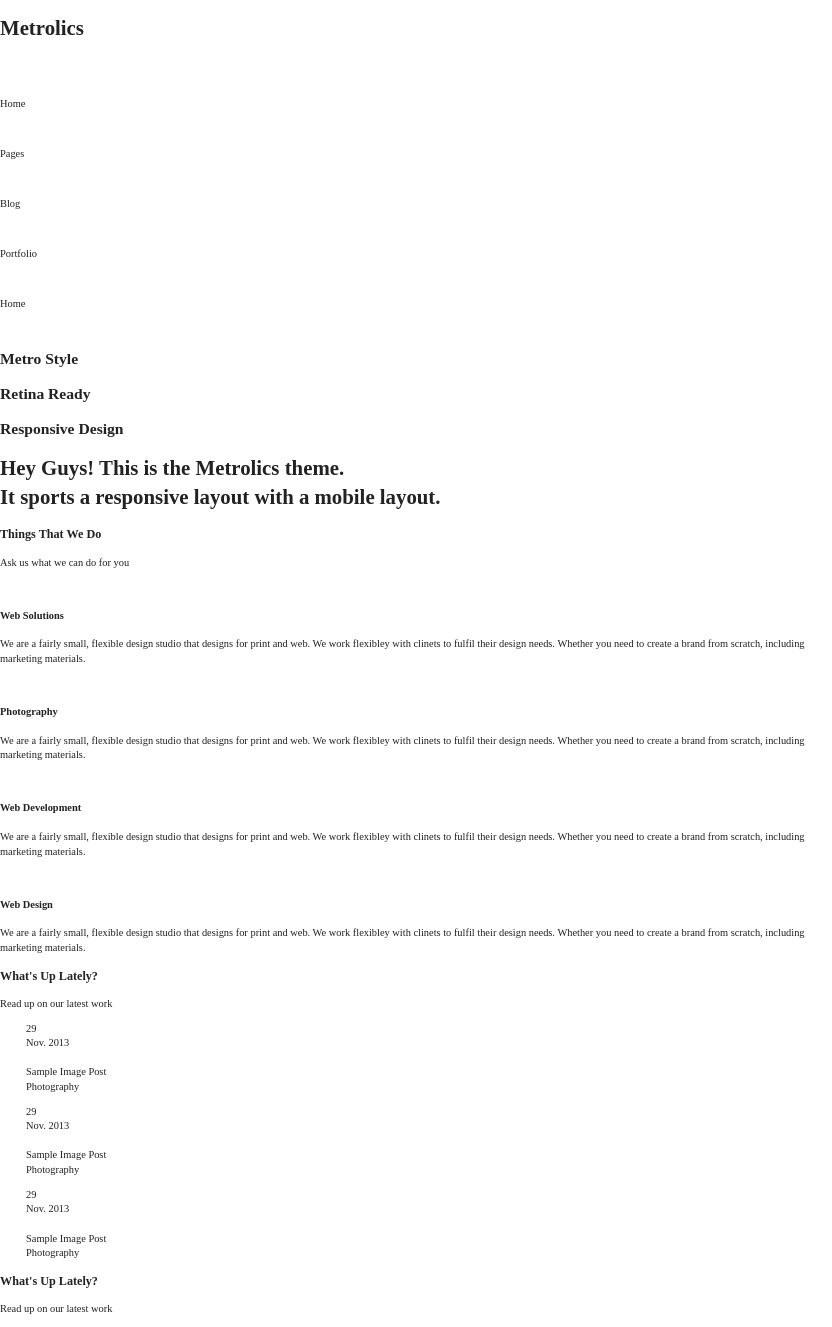
Repository: claudiashin/metrolics
Page: index.html
These files come from the project's save history. The page is drawn as it stood at one moment and after the next save; the edit follows.
The browser window is 1280 px wide. The pictures show the whole page, at 65% of full size.

Above is the page before, as saved 2021-01-27 15:56:00.

### index.html
<!doctype html>
<html class="no-js" lang="EN">

<head>
  <meta charset="utf-8">
  <title>MDIA 2003 Lab 3</title>
  <meta name="description" content="">
  <meta name="viewport" content="width=device-width, initial-scale=1">

  <link rel="manifest" href="site.webmanifest">
  <link rel="apple-touch-icon" href="icon.png">
  <!-- Place favicon.ico in the root directory -->

  <link rel="stylesheet" href="css/normalize.css">
  <link rel="stylesheet" href="css/main.css">
</head>

<body>
  <header class="page_header">
    <div class="logo">
      <div><h1>Metrolics</h1></div>
      <div class="logoimg"><img src=""></div>
    </div>
  </header>

  <nav class="page_nav">
    <div class="nav_container">
      <div class="nav_icon">
        <div><img src=""></div>
        <p>Home</p>
      </div>
      <div class="nav_icon">
        <div><img src=""></div>
        <p>Pages</p>
      </div><div class="nav_icon">
        <div><img src=""></div>
        <p>Blog</p>
      </div><div class="nav_icon">
        <div><img src=""></div>
        <p>Portfolio</p>
      </div><div class="nav_icon">
        <div><img src=""></div>
        <p>Home</p>
      </div>
    </div>
  </nav>

  <section class="main_container">
    <div class="heroimg">
      <img src="">
    </div>
    <div class="">
      <h2>Metro Style</h2>
      <h2>Retina Ready</h2>
      <h2>Responsive Design</h2>
    </div>
  </section>

  <section class="main_container">
    <div>
      <h1>Hey Guys! This is the <span class="textcol">Metrolics</span> theme.<br>It sports a responsive layout with a mobile layout.</h1>
    </div>
  </section>

  <section class="main_container">
    <div class="container">
      <h3>Things That We Do</h3>
      <p>Ask us what we can do for you</p>
    </div>
    <div class="container">
      <div class="container_feature">
        <div class="feature_img">
          <img src="">
        </div>
        <div><h4>Web Solutions</h4></div>
        <div><p>We are a fairly small, flexible design studio that designs for print
          and web. We work flexibley with clinets to fulfil their design needs. Whether
          you need to create a brand from scratch, including marketing materials.
        </p></div>
      </div>
    </div>
    <div class="container">
      <div class="container_feature">
        <div class="feature_img">
          <img src="">
        </div>
        <div><h4>Photography</h4></div>
        <div><p>We are a fairly small, flexible design studio that designs for print
          and web. We work flexibley with clinets to fulfil their design needs. Whether
          you need to create a brand from scratch, including marketing materials.
        </p></div>
      </div>
    </div><div class="container">
      <div class="container_feature">
        <div class="feature_img">
          <img src="">
        </div>
        <div><h4>Web Development</h4></div>
        <div><p>We are a fairly small, flexible design studio that designs for print
          and web. We work flexibley with clinets to fulfil their design needs. Whether
          you need to create a brand from scratch, including marketing materials.
        </p></div>
      </div>
    </div><div class="container">
      <div class="container_feature">
        <div class="feature_img">
          <img src="">
        </div>
        <div><h4>Web Design</h4></div>
        <div><p>We are a fairly small, flexible design studio that designs for print
          and web. We work flexibley with clinets to fulfil their design needs. Whether
          you need to create a brand from scratch, including marketing materials.
        </p></div>
      </div>
    </div>
  </section>

  <section class="main_container">
    <div class="container">
      <h3>What's Up Lately?</h3>
      <p>Read up on our latest work</p>
    </div>
    <div class="container">
      <figure>
        <figcaption>29 <br> Nov. 2013</figcaption>
        <img src="" value="">
        <figcaption>Sample Image Post <br> Photography</figcaption>
      </figure>
    </div>
    <div class="container">
      <figure>
        <figcaption>29 <br> Nov. 2013</figcaption>
        <img src="" value="">
        <figcaption>Sample Image Post <br> Photography</figcaption>
      </figure>
    </div>
    <div class="container">
      <figure>
        <figcaption>29 <br> Nov. 2013</figcaption>
        <img src="" value="">
        <figcaption>Sample Image Post <br> Photography</figcaption>
      </figure>
    </div>
  </section>

  <section class="main_container">
    <div class="container">
      <h3>What's Up Lately?</h3>
      <p>Read up on our latest work</p>
    </div>

  </section>

  <article class="main_container">

  </article>

  <footer>

  </footer>
</body>

</html>

### css/main.css
/*! HTML5 Boilerplate v8.0.0 | MIT License | https://html5boilerplate.com/ */

/* main.css 2.1.0 | MIT License | https://github.com/h5bp/main.css#readme */
/*
 * What follows is the result of much research on cross-browser styling.
 * Credit left inline and big thanks to Nicolas Gallagher, Jonathan Neal,
 * Kroc Camen, and the H5BP dev community and team.
 */

/* ==========================================================================
   Base styles: opinionated defaults
   ========================================================================== */

html {
  color: #222;
  font-size: 1em;
  line-height: 1.4;
}

/*
 * Remove text-shadow in selection highlight:
 * https://twitter.com/miketaylr/status/12228805301
 *
 * Vendor-prefixed and regular ::selection selectors cannot be combined:
 * https://stackoverflow.com/a/16982510/7133471
 *
 * Customize the background color to match your design.
 */

::-moz-selection {
  background: #b3d4fc;
  text-shadow: none;
}

::selection {
  background: #b3d4fc;
  text-shadow: none;
}

/*
 * A better looking default horizontal rule
 */

hr {
  display: block;
  height: 1px;
  border: 0;
  border-top: 1px solid #ccc;
  margin: 1em 0;
  padding: 0;
}

/*
 * Remove the gap between audio, canvas, iframes,
 * images, videos and the bottom of their containers:
 * https://github.com/h5bp/html5-boilerplate/issues/440
 */

audio,
canvas,
iframe,
img,
svg,
video {
  vertical-align: middle;
}

/*
 * Remove default fieldset styles.
 */

fieldset {
  border: 0;
  margin: 0;
  padding: 0;
}

/*
 * Allow only vertical resizing of textareas.
 */

textarea {
  resize: vertical;
}

/* ==========================================================================
   Author's custom styles
   ========================================================================== */

/* ==========================================================================
   Helper classes
   ========================================================================== */

/*
 * Hide visually and from screen readers
 */

.hidden,
[hidden] {
  display: none !important;
}

/*
 * Hide only visually, but have it available for screen readers:
 * https://snook.ca/archives/html_and_css/hiding-content-for-accessibility
 *
 * 1. For long content, line feeds are not interpreted as spaces and small width
 *    causes content to wrap 1 word per line:
 *    https://medium.com/@jessebeach/beware-smushed-off-screen-accessible-text-5952a4c2cbfe
 */

.sr-only {
  border: 0;
  clip: rect(0, 0, 0, 0);
  height: 1px;
  margin: -1px;
  overflow: hidden;
  padding: 0;
  position: absolute;
  white-space: nowrap;
  width: 1px;
  /* 1 */
}

/*
 * Extends the .sr-only class to allow the element
 * to be focusable when navigated to via the keyboard:
 * https://www.drupal.org/node/897638
 */

.sr-only.focusable:active,
.sr-only.focusable:focus {
  clip: auto;
  height: auto;
  margin: 0;
  overflow: visible;
  position: static;
  white-space: inherit;
  width: auto;
}

/*
 * Hide visually and from screen readers, but maintain layout
 */

.invisible {
  visibility: hidden;
}

/*
 * Clearfix: contain floats
 *
 * For modern browsers
 * 1. The space content is one way to avoid an Opera bug when the
 *    `contenteditable` attribute is included anywhere else in the document.
 *    Otherwise it causes space to appear at the top and bottom of elements
 *    that receive the `clearfix` class.
 * 2. The use of `table` rather than `block` is only necessary if using
 *    `:before` to contain the top-margins of child elements.
 */

.clearfix::before,
.clearfix::after {
  content: " ";
  display: table;
}

.clearfix::after {
  clear: both;
}

/* ==========================================================================
   EXAMPLE Media Queries for Responsive Design.
   These examples override the primary ('mobile first') styles.
   Modify as content requires.
   ========================================================================== */

@media only screen and (min-width: 35em) {
  /* Style adjustments for viewports that meet the condition */
}

@media print,
  (-webkit-min-device-pixel-ratio: 1.25),
  (min-resolution: 1.25dppx),
  (min-resolution: 120dpi) {
  /* Style adjustments for high resolution devices */
}

/* ==========================================================================
   Print styles.
   Inlined to avoid the additional HTTP request:
   https://www.phpied.com/delay-loading-your-print-css/
   ========================================================================== */

@media print {
  *,
  *::before,
  *::after {
    background: #fff !important;
    color: #000 !important;
    /* Black prints faster */
    box-shadow: none !important;
    text-shadow: none !important;
  }

  a,
  a:visited {
    text-decoration: underline;
  }

  a[href]::after {
    content: " (" attr(href) ")";
  }

  abbr[title]::after {
    content: " (" attr(title) ")";
  }

  /*
   * Don't show links that are fragment identifiers,
   * or use the `javascript:` pseudo protocol
   */
  a[href^="#"]::after,
  a[href^="javascript:"]::after {
    content: "";
  }

  pre {
    white-space: pre-wrap !important;
  }

  pre,
  blockquote {
    border: 1px solid #999;
    page-break-inside: avoid;
  }

  /*
   * Printing Tables:
   * https://web.archive.org/web/20180815150934/http://css-discuss.incutio.com/wiki/Printing_Tables
   */
  thead {
    display: table-header-group;
  }

  tr,
  img {
    page-break-inside: avoid;
  }

  p,
  h2,
  h3 {
    orphans: 3;
    widows: 3;
  }

  h2,
  h3 {
    page-break-after: avoid;
  }
}

Loaded but not shown: css/normalize.css (library)

After the next save:
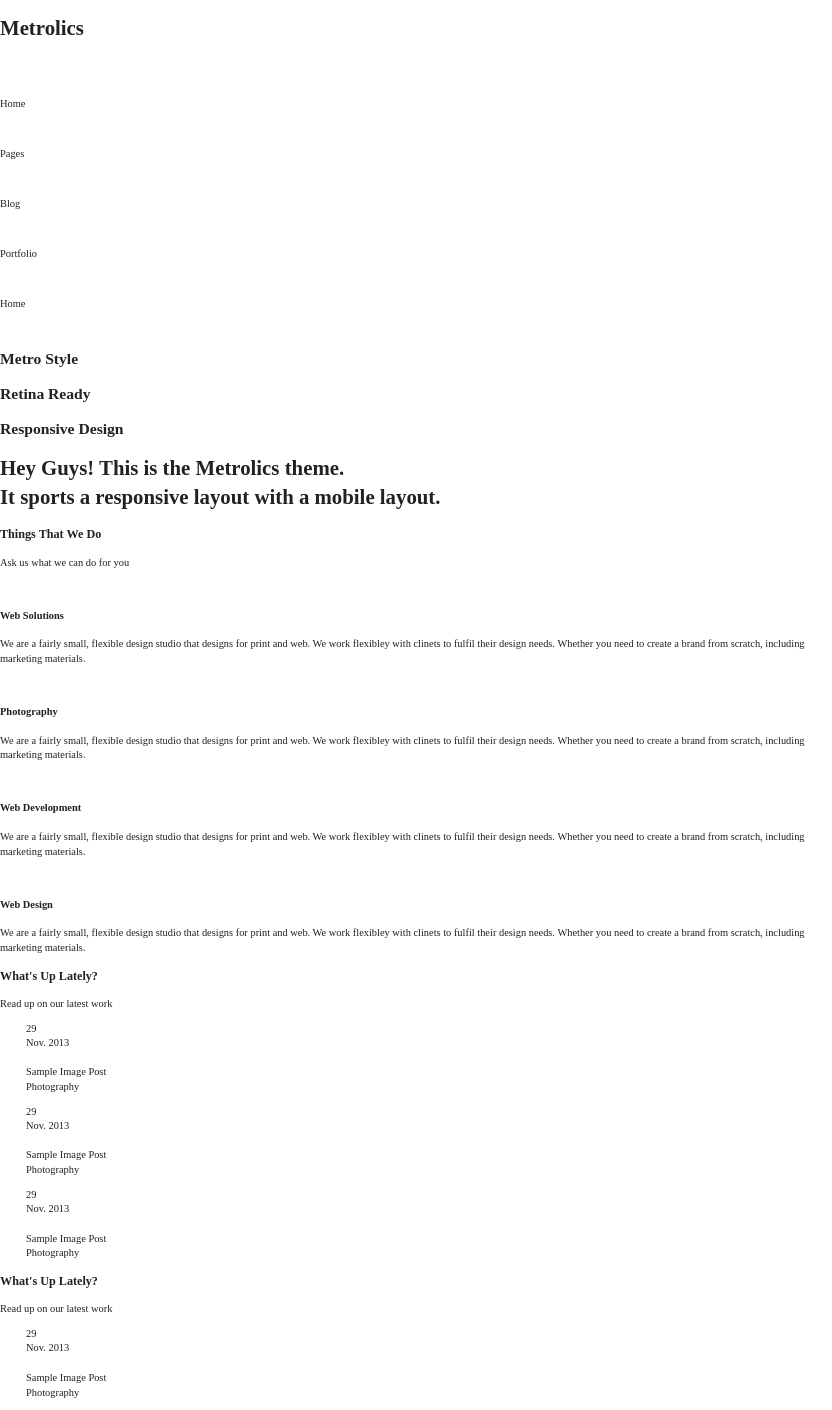
Saved 11 s later.
--- a/index.html
+++ b/index.html
@@ -148,6 +148,13 @@
       <h3>What's Up Lately?</h3>
       <p>Read up on our latest work</p>
     </div>
+    <div class="container">
+      <figure>
+        <figcaption>29 <br> Nov. 2013</figcaption>
+        <img src="" value="">
+        <figcaption>Sample Image Post <br> Photography</figcaption>
+      </figure>
+    </div>
 
   </section>
 
